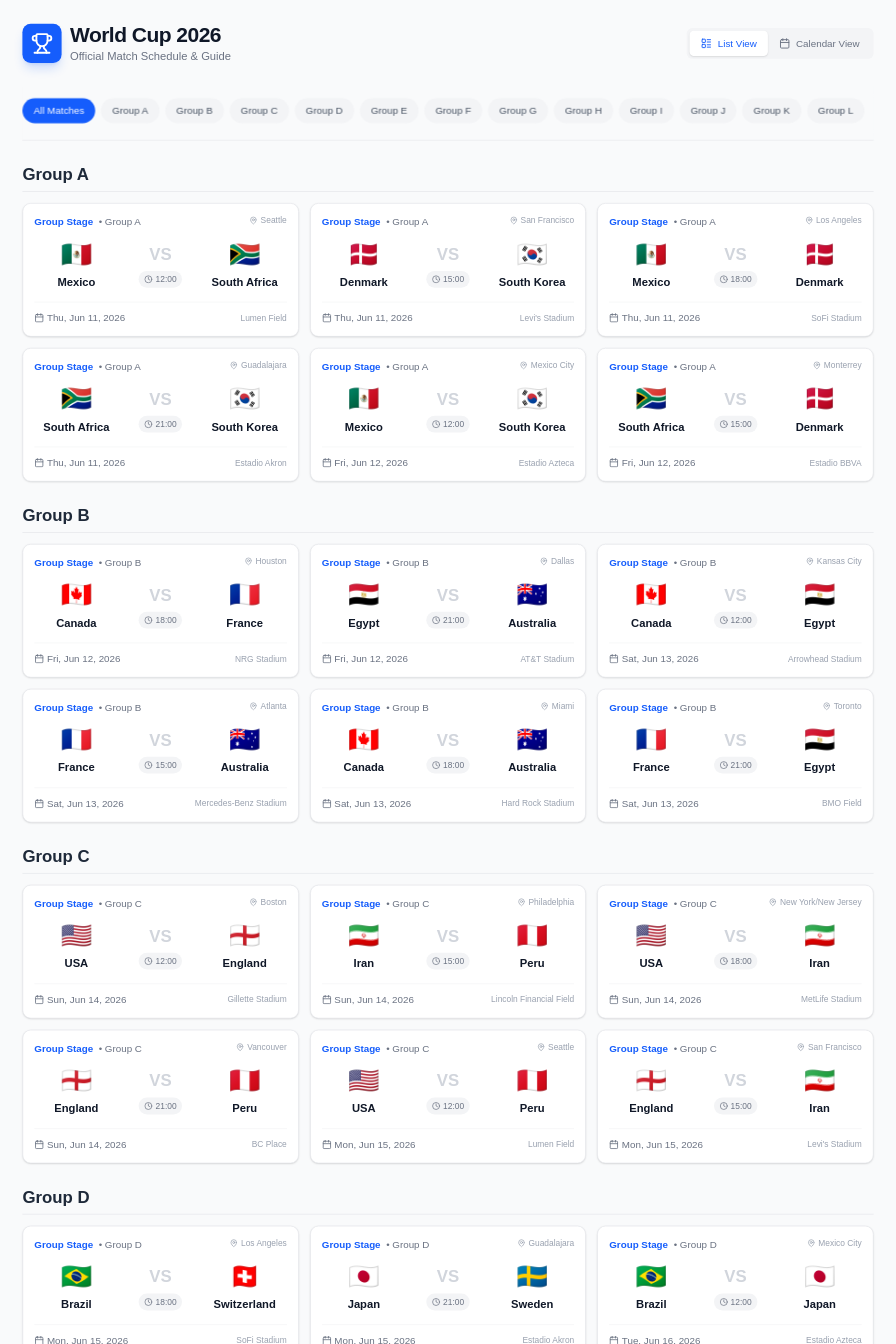
Repository: tc9011/world-cup
Page: /
These files come from the project's save history. The page is drawn as it stood at one moment and after the next save; the edit follows.
The browser window is 1280 px wide. The pictures show the part of the page from y = 0 to 1920 px (the page is 9530 px tall before and 1628 px after), at 70% of full size.
The project was rebuilt for these pictures with package versions that can differ from the ones it lists, and the page was loaded fresh each time. The framework's server and built-in components were replaced by stand-ins that run in the browser. Also part of the build but not shown: next.config.ts, components/CalendarView.tsx.

Above is the page before, as saved 2025-12-06 12:10:42.

After the next save:
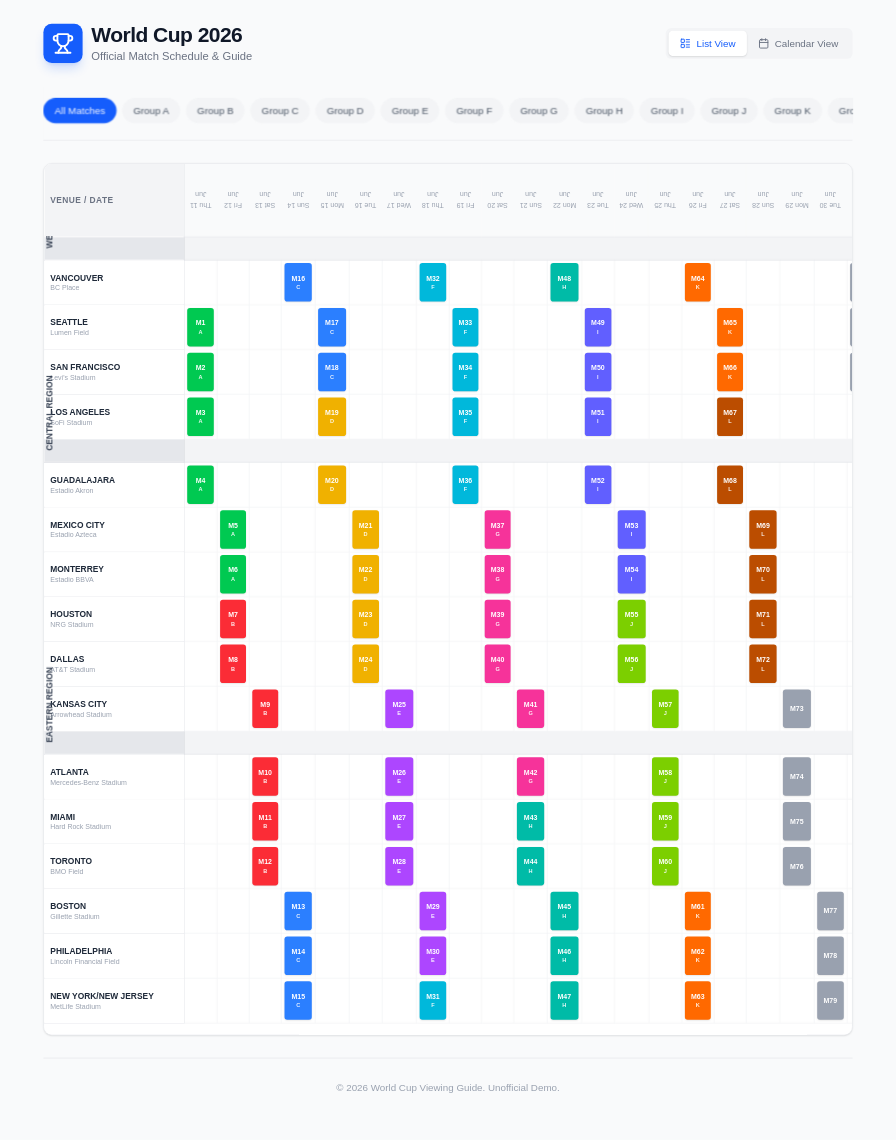
Saved 20 s later.
--- a/app/page.tsx
+++ b/app/page.tsx
@@ -5,6 +5,7 @@ import { useStore } from '../store/useStore';
 import { matches } from '../data/worldCupData';
 import { GroupView } from '../components/GroupView';
 import { CalendarView } from '../components/CalendarView';
+import { ScheduleMatrix } from '../components/ScheduleMatrix';
 import { ViewSwitcher } from '../components/ViewSwitcher';
 import { FilterBar } from '../components/FilterBar';
 import { Trophy } from 'lucide-react';
@@ -12,9 +13,14 @@ import { Trophy } from 'lucide-react';
 export default function Home() {
   const { viewMode, selectedGroup } = useStore();
 
+  // Filter matches for Matrix view if needed, or pass all
+  const filteredMatches = selectedGroup === 'All'
+    ? matches
+    : matches.filter(m => m.group === selectedGroup || (selectedGroup === 'All' && !m.group));
+
   return (
     <main className="min-h-screen bg-gray-50 dark:bg-gray-900 text-gray-900 dark:text-gray-100 p-4 md:p-8">
-      <div className="max-w-7xl mx-auto space-y-8">
+      <div className="max-w-[95%] mx-auto space-y-8">
         {/* Header */}
         <header className="flex flex-col md:flex-row justify-between items-center gap-4">
           <div className="flex items-center space-x-3">
@@ -29,17 +35,18 @@ export default function Home() {
           <ViewSwitcher />
         </header>
 
-        {/* Filters */}
+        {/* Filters - Only show for Matrix if you want filtering there too, but usually Matrix shows all */}
         {viewMode === 'list' && (
-          <div className="sticky top-0 z-10 bg-gray-50/95 dark:bg-gray-900/95 backdrop-blur-sm py-4 border-b border-gray-200 dark:border-gray-800">
-            <FilterBar />
+          <div className="sticky top-0 z-10 bg-gray-50/95 dark:bg-gray-900/95 backdrop-blur-sm py-4 border-b border-gray-200 dark:border-gray-800 overflow-x-auto">
+             {/* Optional: Keep filter bar if user wants to highlight specific groups in matrix */}
+             <FilterBar />
           </div>
         )}
 
         {/* Content */}
         <div className="min-h-[500px]">
           {viewMode === 'list' ? (
-            <GroupView matches={matches} selectedGroup={selectedGroup} />
+            <ScheduleMatrix matches={filteredMatches} />
           ) : (
             <CalendarView matches={matches} />
           )}
